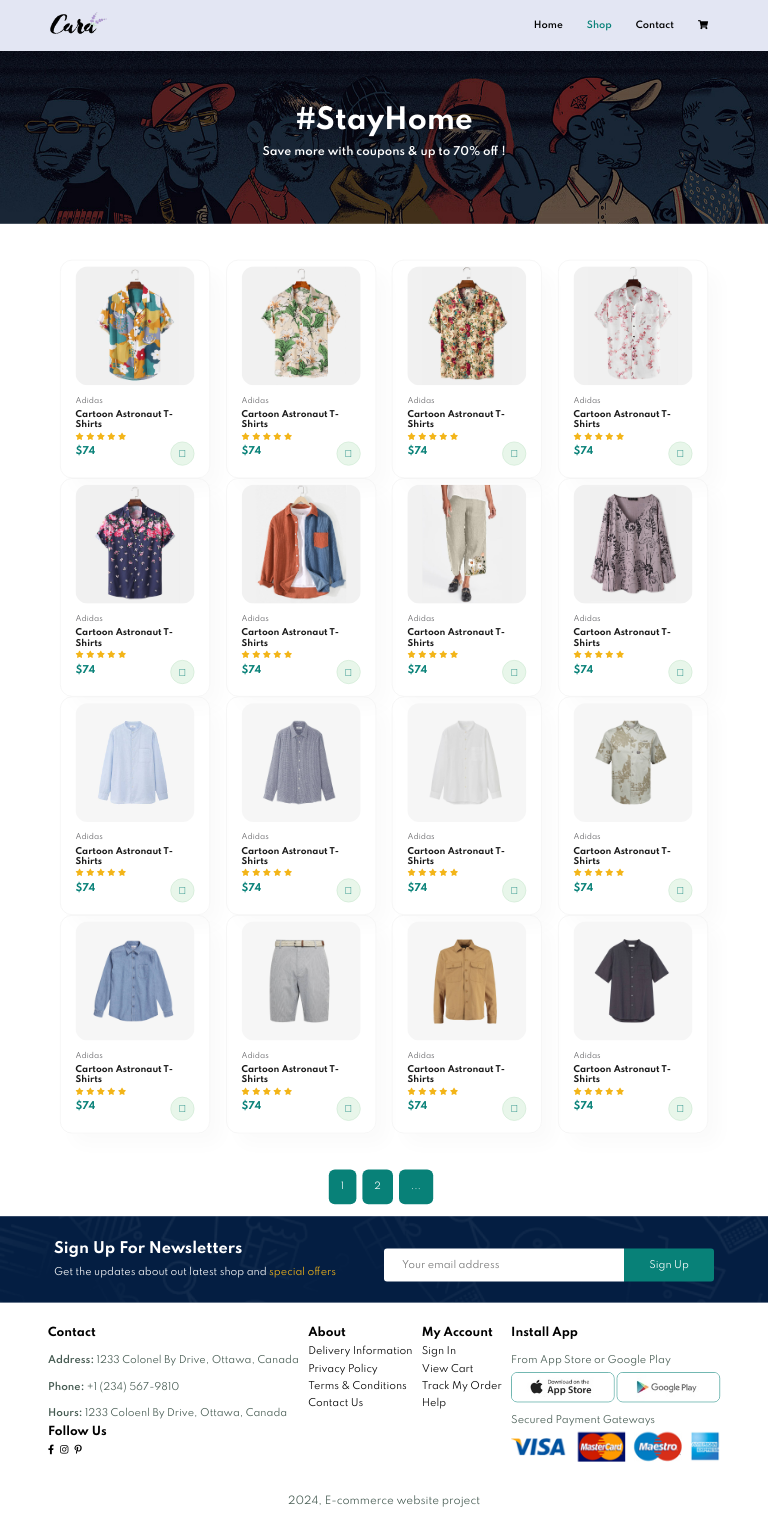
Repository: Daryllgio/E-Commerce-Website-UI
Page: shop.html
These files come from the project's save history. The page is drawn as it stood at one moment and after the next save; the edit follows.
The browser window is 1280 px wide. The pictures show the whole page, at 60% of full size.
Some web libraries are served in a nearby version.

Above is the page before, as saved 2025-01-01 09:40:49.

After the next save:
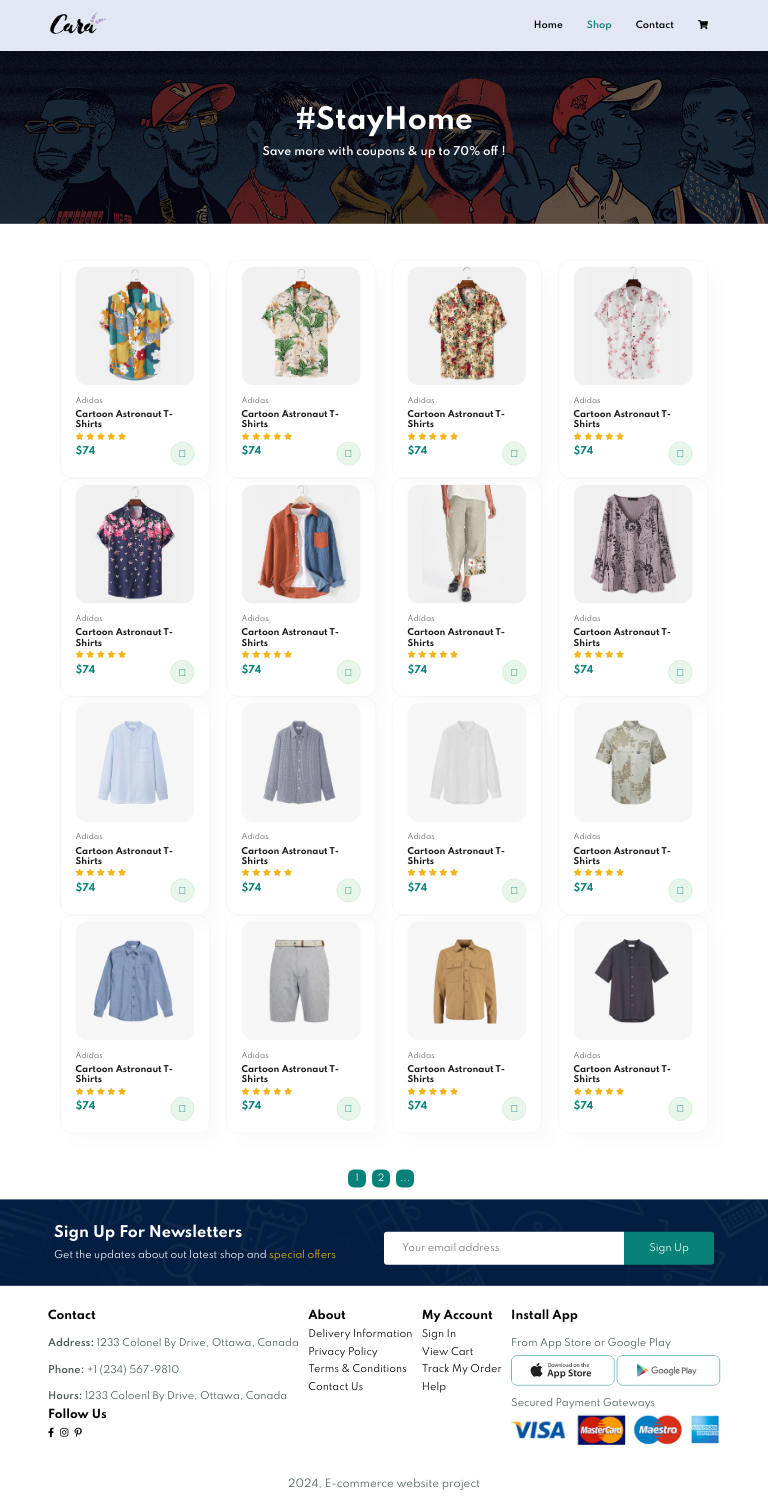
Saved 6 min 27 s later.
--- a/style.css
+++ b/style.css
@@ -556,7 +556,8 @@ body {
 }
 
 #ShopPagePagination button {
-  padding: 20px 20px;
+  width: 30px;
+  height: 30px;
   background-color: #088178;
   font-size: 15px;
   border: 0;
